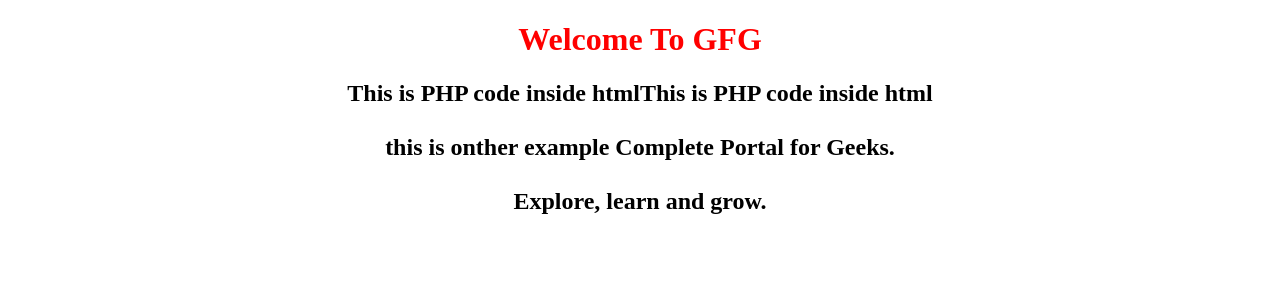
Repository: Akhilanishith/phpprojectgh
Page: http://localhost/example1.php
The author's editor kept a copy of each file at every save. The page is drawn from the files as they stood at one save, then again after the next save.
The browser window is 1280 px wide. The pictures show the whole page.
The page is run by PHP 8.4 with error messages shown; the project is at /var/www/html/.

Above is the page before, as saved 2022-12-14 11:13:21.

After the next save:
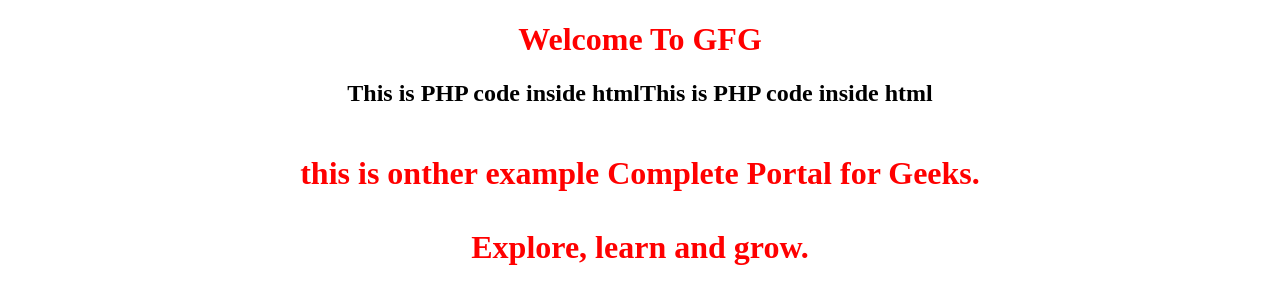
Saved 3 min 51 s later.
--- a/example1.php
+++ b/example1.php
@@ -22,7 +22,7 @@
             ?>
             <br><br>
 
-            <hi>this is onther example</hi>
+            <h1>this is onther example</hi>
 <?php
 
 echo "Complete <strong>Portal</strong> for Geeks."
